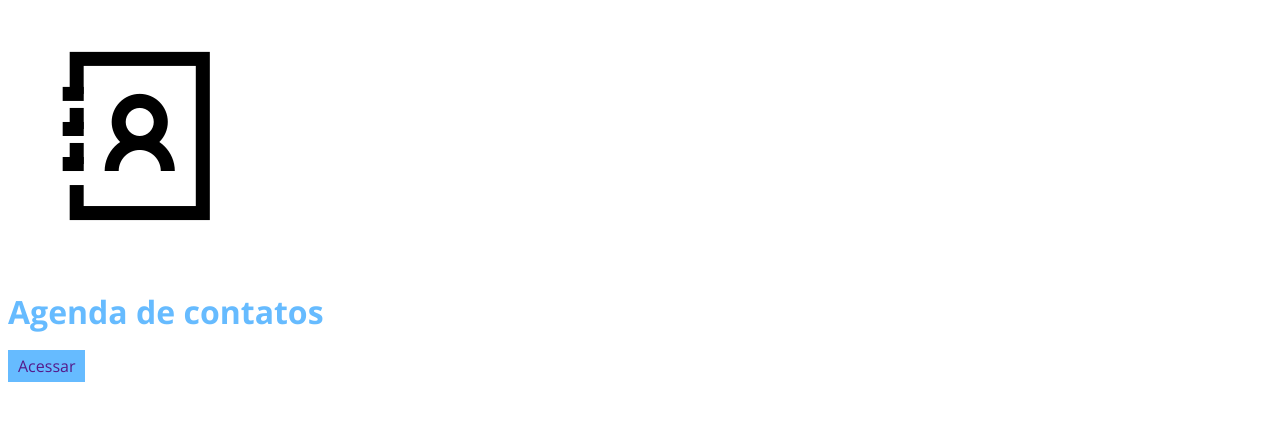
Repository: sergiotales1/agendactt-java
Page: http://localhost/agenda/
An editor plug-in stored every save of this project. The page is shown before and after the next save, followed by the edit.
The browser window is 1280 px wide. The pictures show the whole page.
The page is served by Tomcat 9. Other server files are loaded and not shown.

Above is the page before, as saved 2023-11-25 14:34:13.

### agenda/src/main/webapp/index.html
<!DOCTYPE html>
<html lang="pt-br">
<head>
<meta charset="UTF-8">
<title>Agenda de contatos</title>
<link rel="icon" href="imagens/favicon.png">
<link rel="stylesheet" href="style.css">
</head>
<body>
	<img src="imagens/agenda.png">
	<h1>Agenda de contatos</h1>
	<a href="" class="Botao1">Acessar</a>
</body>
</html>

### agenda/src/main/webapp/style.css
@charset "UTF-8";
@import url('https://fonts.googleapis.com/css2?family=Open+Sans:wght@400;700&display=swap');

body {
	font-family: 'Open Sans', sans-serif;
	font-size: 1em;
	font-weight: 400;
}

h1{
	color: #66bbff;
}

.Botao1{
	text-decoration: none;
	background-color: #66bbff;
	padding: 5px 10px;

}

After the next save:
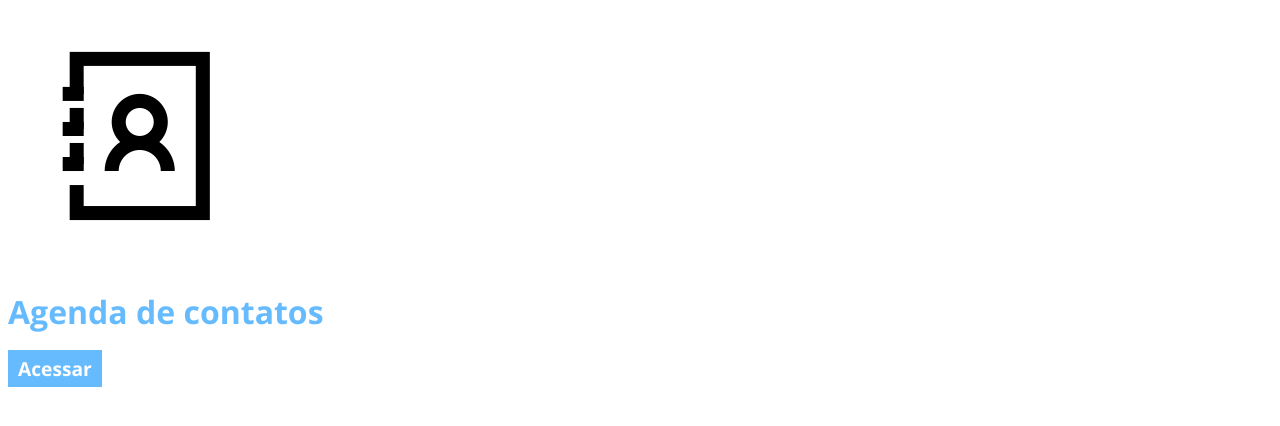
Saved 27 s later.
--- a/agenda/src/main/webapp/style.css
+++ b/agenda/src/main/webapp/style.css
@@ -15,5 +15,7 @@ h1{
 	text-decoration: none;
 	background-color: #66bbff;
 	padding: 5px 10px;
-
+	color:#fff;
+	font-size: 1.2em;
+	font-weight: bold;
 }
